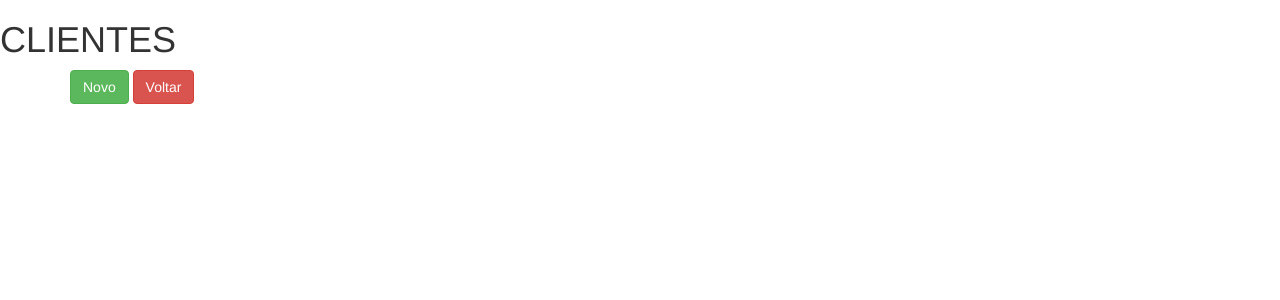
Repository: diegokunha/LojinhaGuru
Page: http://localhost/LojinhaGuru/clientes
These files come from the project's save history. The page is drawn as it stood at one moment and after the next save; the edit follows.
The browser window is 1280 px wide. The pictures show the whole page.
Some web libraries are served in a nearby version. The page is served by Tomcat 9. Other server files are loaded and not shown.

Above is the page before, as saved 2017-10-04 00:51:09.

### LojinhaGuru/WebContent/WEB-INF/views/jsp/clientes.jsp
<?xml version="1.0" encoding="utf-8" ?>
<%@ page language="java" contentType="text/html; charset=utf-8"
	pageEncoding="utf-8"%>
<!DOCTYPE html PUBLIC "-//W3C//DTD XHTML 1.0 Transitional//EN" "http://www.w3.org/TR/xhtml1/DTD/xhtml1-transitional.dtd">
<html xmlns="http://www.w3.org/1999/xhtml">
<head>
<meta http-equiv="Content-Type" content="text/html; charset=utf-8" />

<!-- Latest compiled and minified CSS -->
<link rel="stylesheet"
	href="https://maxcdn.bootstrapcdn.com/bootstrap/3.3.7/css/bootstrap.min.css" />

<!-- jQuery library -->
<script
	src="https://ajax.googleapis.com/ajax/libs/jquery/3.2.1/jquery.min.js"></script>

<!-- Latest compiled JavaScript -->
<script
	src="https://maxcdn.bootstrapcdn.com/bootstrap/3.3.7/js/bootstrap.min.js"></script>
<title>Insert title here</title>
</head>
<body>
	<h1>CLIENTES</h1>
	<div class="container">
		<form>

			<a href="adicionaCliente"><button type="button" class="btn btn-success">Novo</button></a>
			<a href="index"><button type="button" class="btn btn-danger">Voltar</button></a>

		</form>
	</div>
</body>
</html>

After the next save:
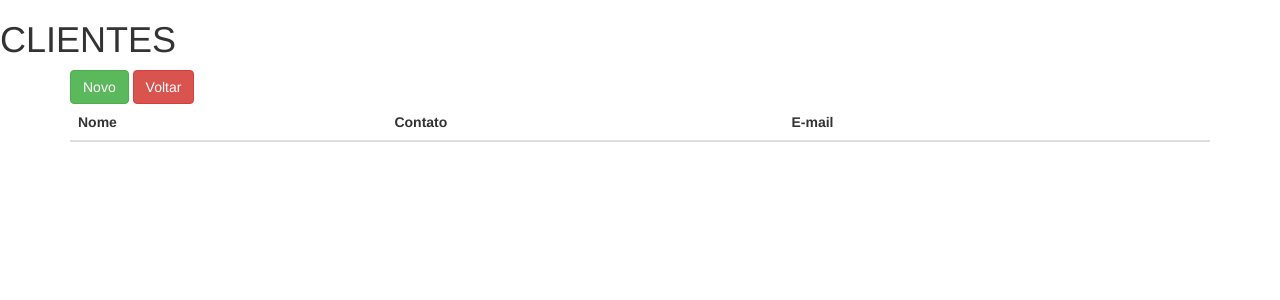
Saved 11 min 3 s later.
--- a/LojinhaGuru/WebContent/WEB-INF/views/jsp/clientes.jsp
+++ b/LojinhaGuru/WebContent/WEB-INF/views/jsp/clientes.jsp
@@ -24,9 +24,19 @@
 	<div class="container">
 		<form>
 
-			<a href="adicionaCliente"><button type="button" class="btn btn-success">Novo</button></a>
-			<a href="index"><button type="button" class="btn btn-danger">Voltar</button></a>
+			<a href="adicionaCliente"><button type="button"
+					class="btn btn-success">Novo</button></a> <a href="index"><button
+					type="button" class="btn btn-danger">Voltar</button></a>
 
+			<table class="table table-hover">
+				<thead>
+					<tr>
+						<th>Nome</th>
+						<th>Contato</th>
+						<th>E-mail</th>
+						<th></th>
+					</tr>
+			</table>
 		</form>
 	</div>
 </body>
